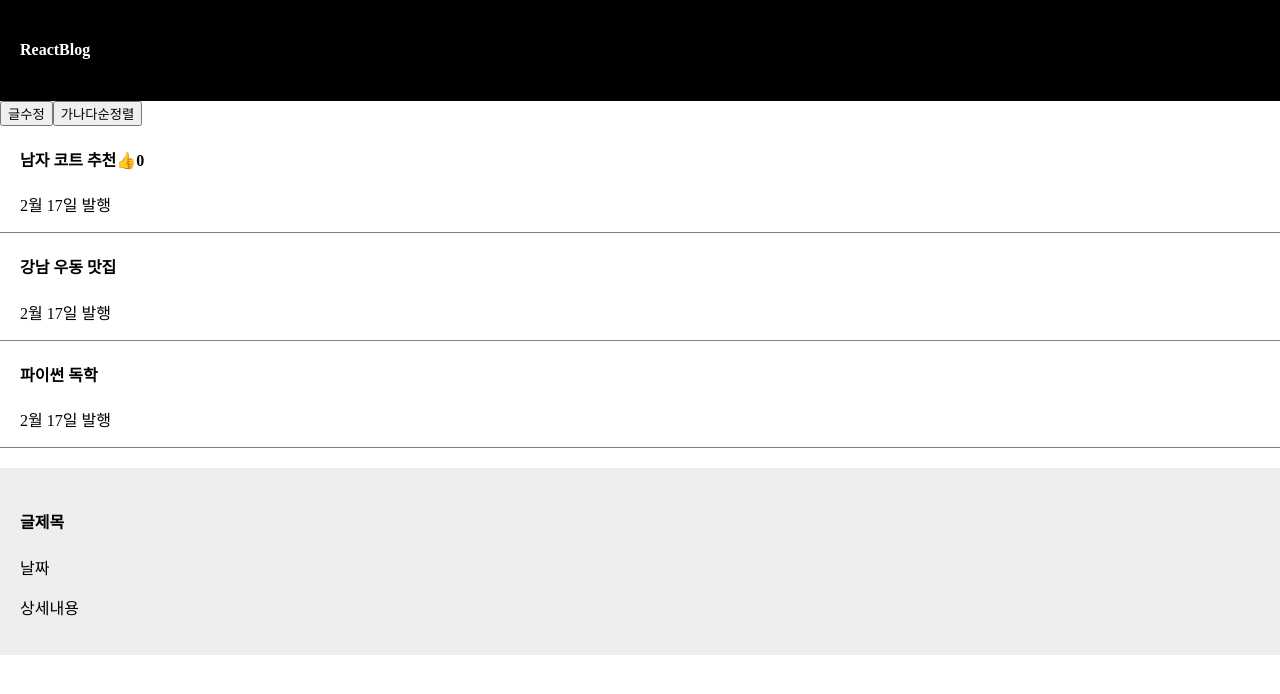
Repository: thinkseaweave/applecoding
Page: /
The author's editor kept a copy of each file at every save. The page is drawn from the files as they stood at one save, then again after a run of saves.
The browser window is 1280 px wide. The pictures show the whole page.
The project was rebuilt for these pictures with package versions that can differ from the ones it lists, and the page was loaded fresh each time. Also part of the build but not shown: vite.config.js, src/index.css.

Above is the page before, as saved 2025-01-28 00:50:45.

After the next 2 saves:
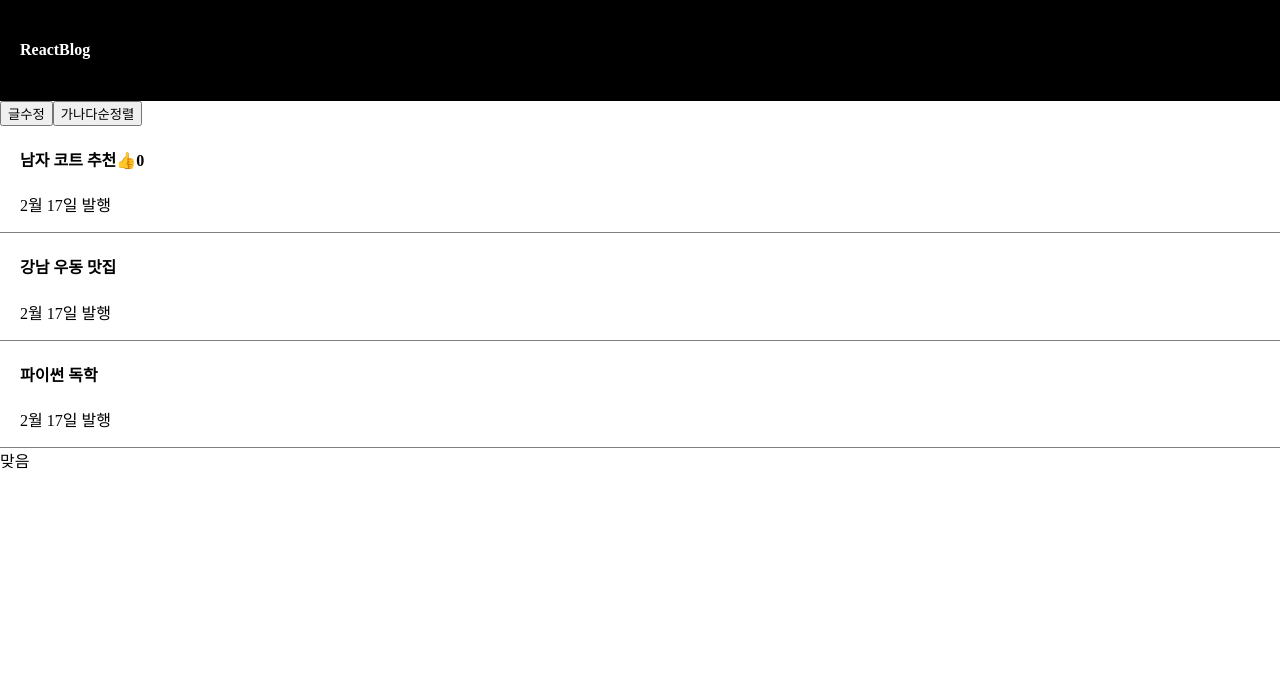
The 2 saves are shown as one change because they came seconds apart.
The last was saved 93 s later.
--- a/src/App.jsx
+++ b/src/App.jsx
@@ -18,7 +18,6 @@ function App() {
       <div className="black-nav">
         <h4>ReactBlog</h4>
       </div>
-
       <button
         onClick={() => {
           const copy = [...글제목];
@@ -28,7 +27,6 @@ function App() {
       >
         글수정
       </button>
-
       <button
         onClick={() => {
           const 정렬된글제목 = [...글제목].sort();
@@ -38,7 +36,6 @@ function App() {
       >
         가나다순정렬
       </button>
-
       <div className="list">
         <h4>
           {글제목[0]}
@@ -67,8 +64,10 @@ function App() {
         <h4>{글제목[2]}</h4>
         <p> 2월 17일 발행</p>
       </div>
-
-      <Modal />
+      {
+        //조건식 ? 참일 때 실행할 코드 : 거짓일 때 실행할 코드
+        1 == 1 ? "맞음" : "아님"
+      }
     </div>
   );
 }
